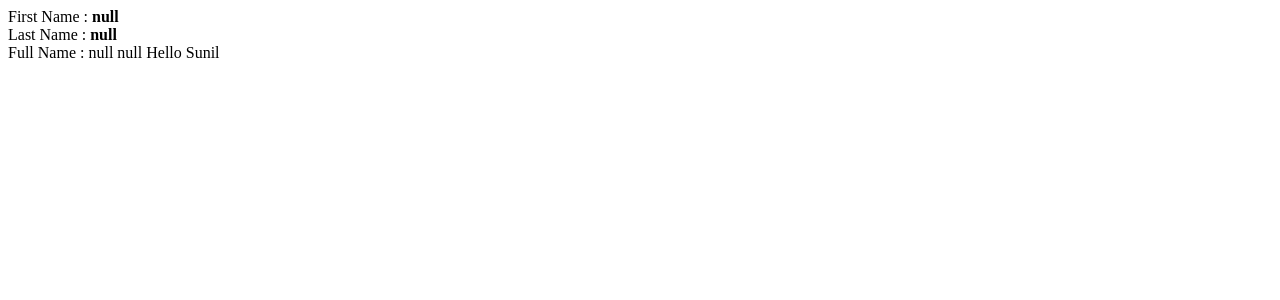
Repository: Sunil-731820/AllWorkingModels
Page: http://localhost/JSFUsingBean/NameBean.jsp
An editor plug-in stored every save of this project. The page is shown before and after the next save, followed by the edit.
The browser window is 1280 px wide. The pictures show the whole page.
The page is served by Tomcat 9. Other server files are loaded and not shown.

Above is the page before, as saved 2022-10-27 05:39:31.

### HibernatesProject/JSFUsingBean/src/main/webapp/NameBean.jsp
<%@ page language="java" contentType="text/html; charset=ISO-8859-1"
    pageEncoding="ISO-8859-1"%>
<!DOCTYPE html>
<html>
<head>
<meta charset="ISO-8859-1">
<title>Insert title here</title>
</head>
<body>

<jsp:useBean id="bean1" class="com.java.jsf.NameBean"/>
<jsp:setProperty property="*" name="bean1"/>
First Name : <b> <jsp:getProperty property="firstName" name="bean1"/> </b>
<br>Last Name : <b> <jsp:getProperty property="lastName" name="bean1"/> </b>
<br>
Full Name : <%=bean1.fullName() %>
<%
out.println("Hello Sunil");
%>

</body>
</html>

### HibernatesProject/JSFUsingBean/src/main/java/com/java/jsf/NameBean.java
package com.java.jsf;

public class NameBean {

	private String firstName;
	private String lastName;
	public String getFirstName() {
		return firstName;
	}
	public void setFirstName(String firstName) {
		this.firstName = firstName;
	}
	public String getLastName() {
		return lastName;
	}
	public void setLastName(String lastName) {
		this.lastName = lastName;
	}

	public String fullName() {
		return firstName+ " "+ lastName;
	}

}

After the next save:
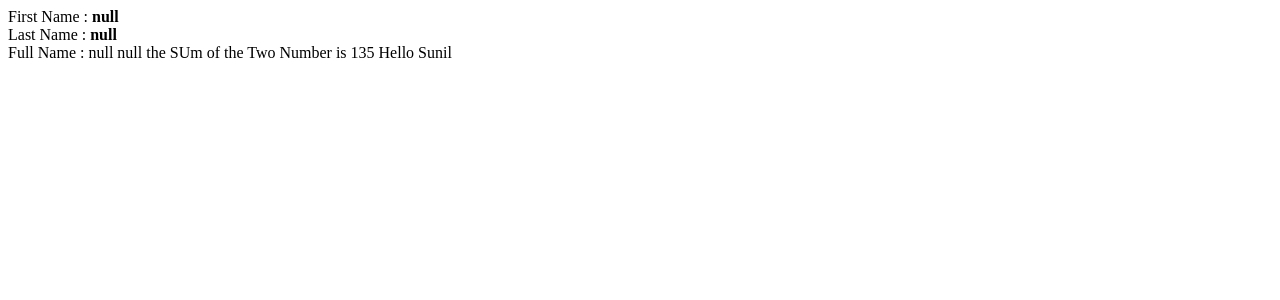
Saved 85 s later.
--- a/HibernatesProject/JSFUsingBean/src/main/webapp/NameBean.jsp
+++ b/HibernatesProject/JSFUsingBean/src/main/webapp/NameBean.jsp
@@ -15,6 +15,9 @@ First Name : <b> <jsp:getProperty property="firstName" name="bean1"/> </b>
 <br>
 Full Name : <%=bean1.fullName() %>
 <%
+int number = 12;
+int number1 = 123;
+out.println("the SUm of the Two Number is "+ (number+number1));
 out.println("Hello Sunil");
 %>
 
